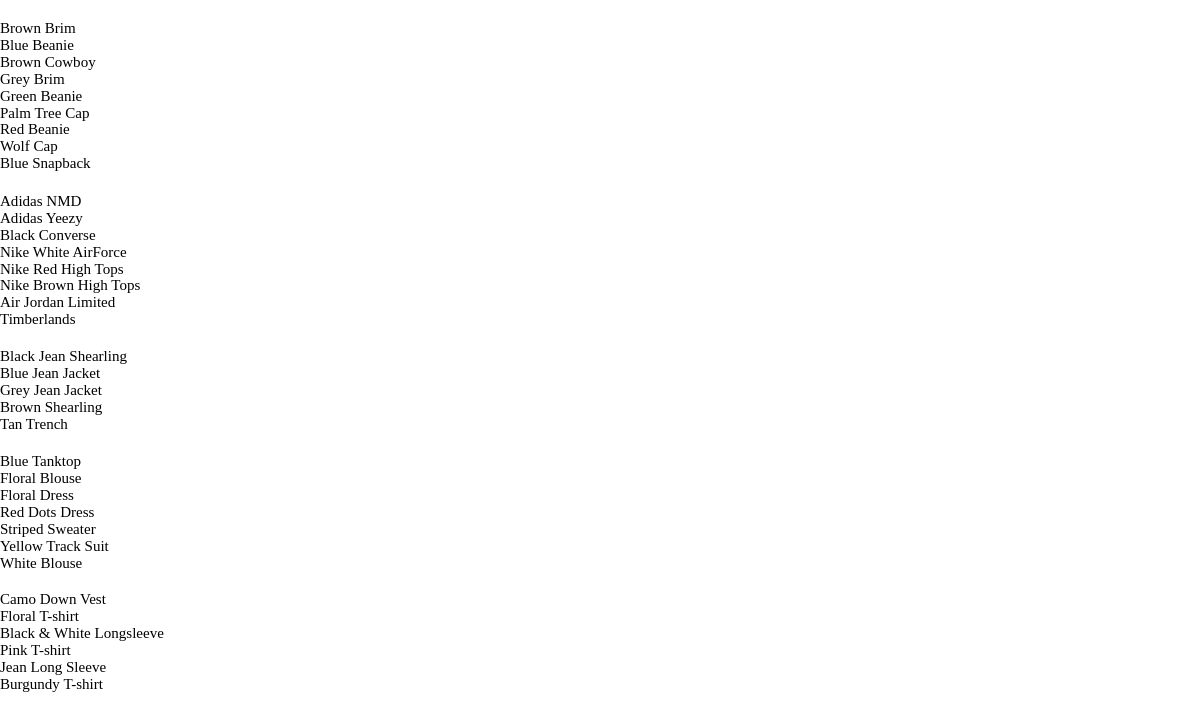
Repository: Farazzaidi22/Crwn-Clothing
Page: /shop
An editor plug-in stored every save of this project. The page is shown before and after the next save, followed by the edit.
The browser window is 1280 px wide. The pictures show the whole page, at 94% of full size.
Some web fonts or font styles are not loaded; a fallback is used. The project was rebuilt for these pictures with package versions that can differ from the ones it lists, and the page was loaded fresh each time. A package was used in the major version that the imports need, not the one package.json lists. Also part of the build but not shown: src/components/menu-item/menu-item.styles.scss, src/components/menu-item/menu-item.component.jsx, src/components/directory/directory.styles.scss, src/components/directory/directory.component.jsx, src/pages/homepage/homepage.styles.scss, src/pages/homepage/homepage.component.jsx, src/components/collection-preview/collection-preview.styles.scss.

Above is the page before, as saved 2021-12-10 04:24:31.

### src/App.js
import './App.css';
import HomePage from './pages/homepage/homepage.component';
import ShopPage from './pages/shop/shop.component';
import { Routes, Route } from 'react-router-dom'


function App() {
  return (
    <div>
      <Routes>
        <Route exact path='/' element={<HomePage/>}/>
        <Route path='/shop'   element={<ShopPage/>}/>
      </Routes>
    </div>
  );
}

export default App;

### src/App.css
body{
    font-family: 'Bigelow Rules', cursive;
}

### src/pages/shop/shop.component.jsx
import React from "react";
import SHOP_DATA from './shop.data'
import CollectionPreview from "../../components/collection-preview/collection-preview.component";

class ShopPage extends React.Component {
    constructor(props){
        super(props)

        this.state = {
            collections: SHOP_DATA
        }
    }

    render(){
        const {collections} = this.state
        return (
            <div className="shop-page">
                {
                    collections.map( ({ id, ...otheCollectionProps }) => (
                        <CollectionPreview key={id} {...otheCollectionProps}/>
                    ) )
                }

            </div>
        )
    }
}

export default ShopPage

### src/pages/shop/shop.data.js
const SHOP_DATA = [
  {
    id: 1,
    title: 'Hats',
    routeName: 'hats',
    items: [
      {
        id: 1,
        name: 'Brown Brim',
        imageUrl: 'https://i.ibb.co/ZYW3VTp/brown-brim.png',
        price: 25
      },
      {
        id: 2,
        name: 'Blue Beanie',
        imageUrl: 'https://i.ibb.co/ypkgK0X/blue-beanie.png',
        price: 18
      },
      {
        id: 3,
        name: 'Brown Cowboy',
        imageUrl: 'https://i.ibb.co/QdJwgmp/brown-cowboy.png',
        price: 35
      },
      {
        id: 4,
        name: 'Grey Brim',
        imageUrl: 'https://i.ibb.co/RjBLWxB/grey-brim.png',
        price: 25
      },
      {
        id: 5,
        name: 'Green Beanie',
        imageUrl: 'https://i.ibb.co/YTjW3vF/green-beanie.png',
        price: 18
      },
      {
        id: 6,
        name: 'Palm Tree Cap',
        imageUrl: 'https://i.ibb.co/rKBDvJX/palm-tree-cap.png',
        price: 14
      },
      {
        id: 7,
        name: 'Red Beanie',
        imageUrl: 'https://i.ibb.co/bLB646Z/red-beanie.png',
        price: 18
      },
      {
        id: 8,
        name: 'Wolf Cap',
        imageUrl: 'https://i.ibb.co/1f2nWMM/wolf-cap.png',
        price: 14
      },
      {
        id: 9,
        name: 'Blue Snapback',
        imageUrl: 'https://i.ibb.co/X2VJP2W/blue-snapback.png',
        price: 16
      }
    ]
  },
  {
    id: 2,
    title: 'Sneakers',
    routeName: 'sneakers',
    items: [
      {
        id: 10,
        name: 'Adidas NMD',
        imageUrl: 'https://i.ibb.co/0s3pdnc/adidas-nmd.png',
        price: 220
      },
      {
        id: 11,
        name: 'Adidas Yeezy',
        imageUrl: 'https://i.ibb.co/dJbG1cT/yeezy.png',
        price: 280
      },
      {
        id: 12,
        name: 'Black Converse',
        imageUrl: 'https://i.ibb.co/bPmVXyP/black-converse.png',
        price: 110
      },
      {
        id: 13,
        name: 'Nike White AirForce',
        imageUrl: 'https://i.ibb.co/1RcFPk0/white-nike-high-tops.png',
        price: 160
      },
      {
        id: 14,
        name: 'Nike Red High Tops',
        imageUrl: 'https://i.ibb.co/QcvzydB/nikes-red.png',
        price: 160
      },
      {
        id: 15,
        name: 'Nike Brown High Tops',
        imageUrl: 'https://i.ibb.co/fMTV342/nike-brown.png',
        price: 160
      },
      {
        id: 16,
        name: 'Air Jordan Limited',
        imageUrl: 'https://i.ibb.co/w4k6Ws9/nike-funky.png',
        price: 190
      },
      {
        id: 17,
        name: 'Timberlands',
        imageUrl: 'https://i.ibb.co/Mhh6wBg/timberlands.png',
        price: 200
      }
    ]
  },
  {
    id: 3,
    title: 'Jackets',
    routeName: 'jackets',
    items: [
      {
        id: 18,
        name: 'Black Jean Shearling',
        imageUrl: 'https://i.ibb.co/XzcwL5s/black-shearling.png',
        price: 125
      },
      {
        id: 19,
        name: 'Blue Jean Jacket',
        imageUrl: 'https://i.ibb.co/mJS6vz0/blue-jean-jacket.png',
        price: 90
      },
      {
        id: 20,
        name: 'Grey Jean Jacket',
        imageUrl: 'https://i.ibb.co/N71k1ML/grey-jean-jacket.png',
        price: 90
      },
      {
        id: 21,
        name: 'Brown Shearling',
        imageUrl: 'https://i.ibb.co/s96FpdP/brown-shearling.png',
        price: 165
      },
      {
        id: 22,
        name: 'Tan Trench',
        imageUrl: 'https://i.ibb.co/M6hHc3F/brown-trench.png',
        price: 185
      }
    ]
  },
  {
    id: 4,
    title: 'Womens',
    routeName: 'womens',
    items: [
      {
        id: 23,
        name: 'Blue Tanktop',
        imageUrl: 'https://i.ibb.co/7CQVJNm/blue-tank.png',
        price: 25
      },
      {
        id: 24,
        name: 'Floral Blouse',
        imageUrl: 'https://i.ibb.co/4W2DGKm/floral-blouse.png',
        price: 20
      },
      {
        id: 25,
        name: 'Floral Dress',
        imageUrl: 'https://i.ibb.co/KV18Ysr/floral-skirt.png',
        price: 80
      },
      {
        id: 26,
        name: 'Red Dots Dress',
        imageUrl: 'https://i.ibb.co/N3BN1bh/red-polka-dot-dress.png',
        price: 80
      },
      {
        id: 27,
        name: 'Striped Sweater',
        imageUrl: 'https://i.ibb.co/KmSkMbH/striped-sweater.png',
        price: 45
      },
      {
        id: 28,
        name: 'Yellow Track Suit',
        imageUrl: 'https://i.ibb.co/v1cvwNf/yellow-track-suit.png',
        price: 135
      },
      {
        id: 29,
        name: 'White Blouse',
        imageUrl: 'https://i.ibb.co/qBcrsJg/white-vest.png',
        price: 20
      }
    ]
  },
  {
    id: 5,
    title: 'Mens',
    routeName: 'mens',
    items: [
      {
        id: 30,
        name: 'Camo Down Vest',
        imageUrl: 'https://i.ibb.co/xJS0T3Y/camo-vest.png',
        price: 325
      },
      {
        id: 31,
        name: 'Floral T-shirt',
        imageUrl: 'https://i.ibb.co/qMQ75QZ/floral-shirt.png',
        price: 20
      },
      {
        id: 32,
        name: 'Black & White Longsleeve',
        imageUrl: 'https://i.ibb.co/55z32tw/long-sleeve.png',
        price: 25
      },
      {
        id: 33,
        name: 'Pink T-shirt',
        imageUrl: 'https://i.ibb.co/RvwnBL8/pink-shirt.png',
        price: 25
      },
      {
        id: 34,
        name: 'Jean Long Sleeve',
        imageUrl: 'https://i.ibb.co/VpW4x5t/roll-up-jean-shirt.png',
        price: 40
      },
      {
        id: 35,
        name: 'Burgundy T-shirt',
        imageUrl: 'https://i.ibb.co/mh3VM1f/polka-dot-shirt.png',
        price: 25
      }
    ]
  }
];

export default SHOP_DATA;

### src/components/collection-preview/collection-preview.component.jsx
import './collection-preview.styles.scss'


const CollectionPreview = ({ title, items}) => (
    <div className='collection-preview'>

        <h1 className='title'>{ title.toUpperCase }</h1>
        <div className='preview'>
            { items.map( item => (
                <div key={ item.id }>{item.name}</div>
            ))}
        </div>
    </div>
)
export default CollectionPreview

Loaded but not shown: public/index.html (common file); src/index.js (common file); src/index.css (common file); src/reportWebVitals.js (common file)

After the next save:
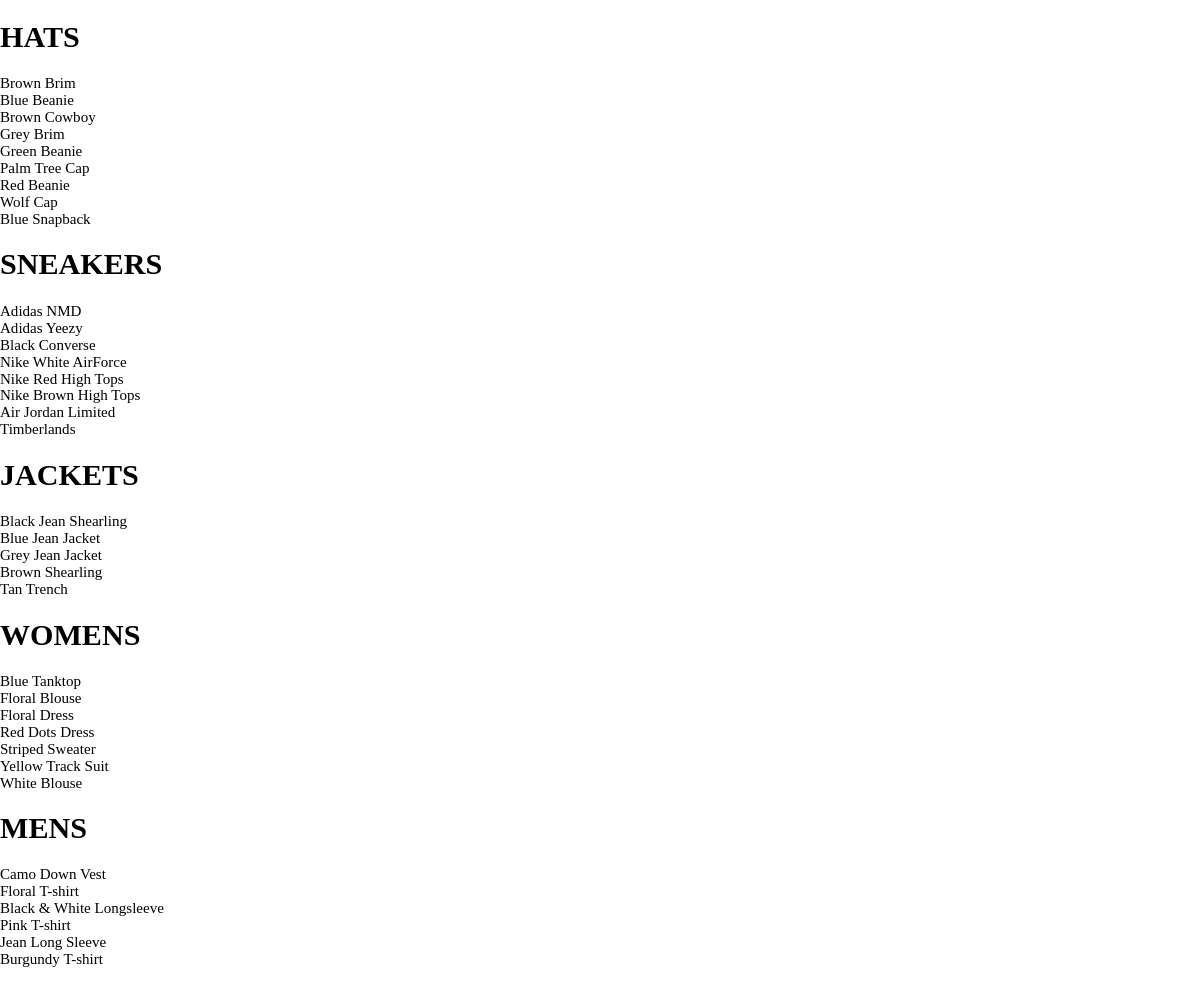
Saved 6 s later.
--- a/src/components/collection-preview/collection-preview.component.jsx
+++ b/src/components/collection-preview/collection-preview.component.jsx
@@ -4,7 +4,7 @@
 const CollectionPreview = ({ title, items}) => (
     <div className='collection-preview'>
 
-        <h1 className='title'>{ title.toUpperCase }</h1>
+        <h1 className='title'>{ title.toUpperCase() }</h1>
         <div className='preview'>
             { items.map( item => (
                 <div key={ item.id }>{item.name}</div>
